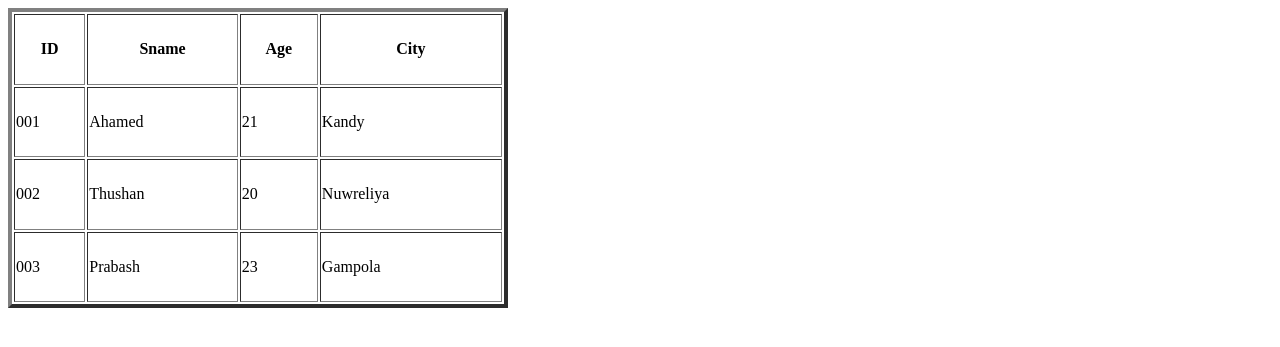
Repository: Haakim19/WebDevelopment
Page: new.html
An editor plug-in stored every save of this project. The page is shown before and after the next save, followed by the edit.
The browser window is 1280 px wide. The pictures show the whole page.

Above is the page before, as saved 2024-10-10 14:16:40.

### new.html
<!DOCTYPE html>
<html lang="en">
<head>
	<meta charset="UTF-8">
	<meta name="viewport" content="width=device-width, initial-scale=1.0">
	<title>Image</title>

</head>
<body>
	<!-- <div class="img">
		<a href="https://www.w3schools.com/css/default.asp"><img src="b41403e9a36b943a9a5ce39783bd88e0.jpg"  width="400px" height="700px" class="image"></a>
		<img src="f5aa4e34813a34132e7a52332ec3962e.jpg" width="400px" height="700px" class="image">
		<img src="6800309ef86e4dc7c17aeeb1d1d56284.jpg" width="400px" height="700px" class="image">
		<video src="Deadpool.Wolverine.2024.1080p.WEBRip.x264.AAC5.1-[YTS.MX].mp4" width="600px" height="600px"></video>
	</div> -->
	<div class="table">
		<table border="4" width="500px" height="300px">
			<div class="tabel-content" align="center">
				<tr class="row-heading">
					<th>ID</th> <th>Sname</th> <th>Age</th> <th>City</th>
				</tr>
				<tr class="row-data">
					<td>001</td>
					<td>Ahamed</td>
					<td>21</td>
					<td>Kandy</td>
				</tr>
				<tr class="row-data">
					<td>002</td>
					<td>Thushan</td>
					<td>20</td>
					<td>Nuwreliya</td>
				</tr>
				<tr class="row-data">
					<td>003</td>
					<td>Prabash</td>
					<td>23</td>
					<td>Gampola</td>
				</tr>

			</div>
		</table>
	</div>
</body>
</html>

After the next save:
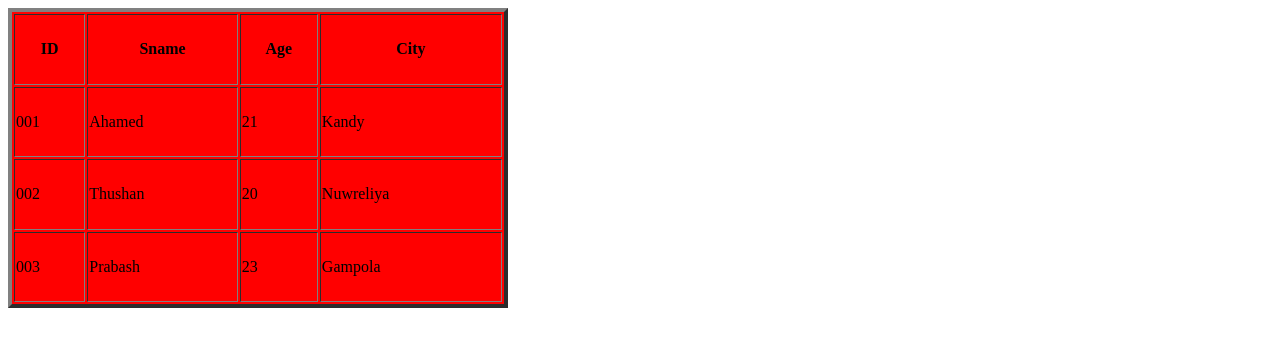
Saved 39 s later.
--- a/new.html
+++ b/new.html
@@ -14,31 +14,28 @@
 		<video src="Deadpool.Wolverine.2024.1080p.WEBRip.x264.AAC5.1-[YTS.MX].mp4" width="600px" height="600px"></video>
 	</div> -->
 	<div class="table">
-		<table border="4" width="500px" height="300px">
-			<div class="tabel-content" align="center">
-				<tr class="row-heading">
-					<th>ID</th> <th>Sname</th> <th>Age</th> <th>City</th>
-				</tr>
-				<tr class="row-data">
-					<td>001</td>
-					<td>Ahamed</td>
-					<td>21</td>
-					<td>Kandy</td>
-				</tr>
-				<tr class="row-data">
-					<td>002</td>
-					<td>Thushan</td>
-					<td>20</td>
-					<td>Nuwreliya</td>
-				</tr>
-				<tr class="row-data">
-					<td>003</td>
-					<td>Prabash</td>
-					<td>23</td>
-					<td>Gampola</td>
-				</tr>
-
-			</div>
+		<table border="4" width="500px" height="300px" bgcolor="red">
+			<tr class="row-heading">
+				<th>ID</th> <th>Sname</th> <th>Age</th> <th>City</th>
+			</tr>
+			<tr class="row-data">
+				<td>001</td>
+				<td>Ahamed</td>
+				<td>21</td>
+				<td>Kandy</td>
+			</tr>
+			<tr class="row-data">
+				<td>002</td>
+				<td>Thushan</td>
+				<td>20</td>
+				<td>Nuwreliya</td>
+			</tr>
+			<tr class="row-data">
+				<td>003</td>
+				<td>Prabash</td>
+				<td>23</td>
+				<td>Gampola</td>
+			</tr>
 		</table>
 	</div>
 </body>
